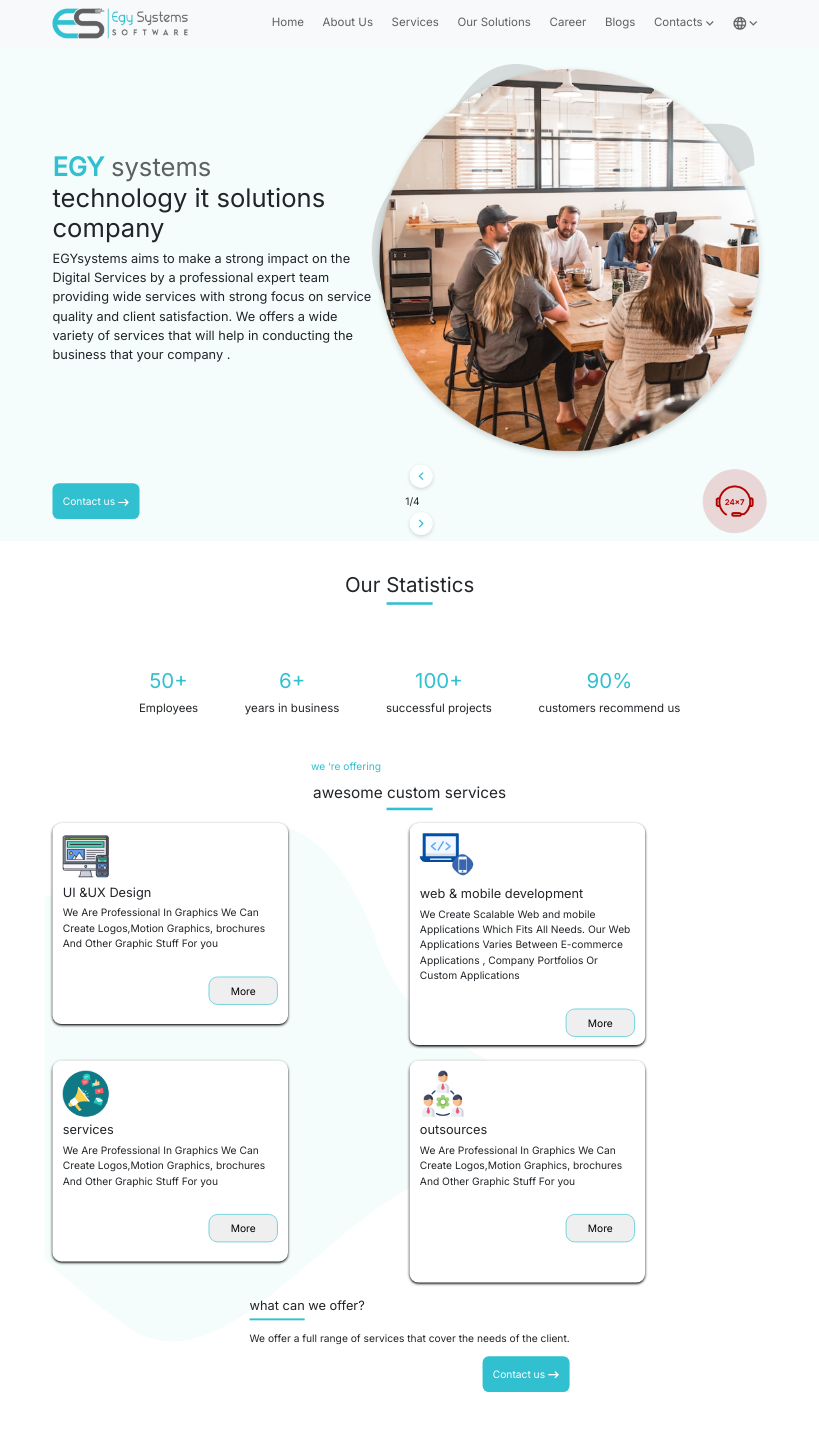
Repository: hamdyAbdelazeim/Egysystem-Home
Page: index.html
An editor plug-in stored every save of this project. The page is shown before and after a run of saves, followed by the edit.
The browser window is 1280 px wide. The pictures show the whole page, at 64% of full size.

Above is the page before, as saved 2023-07-13 13:43:53.

After the next 4 saves:
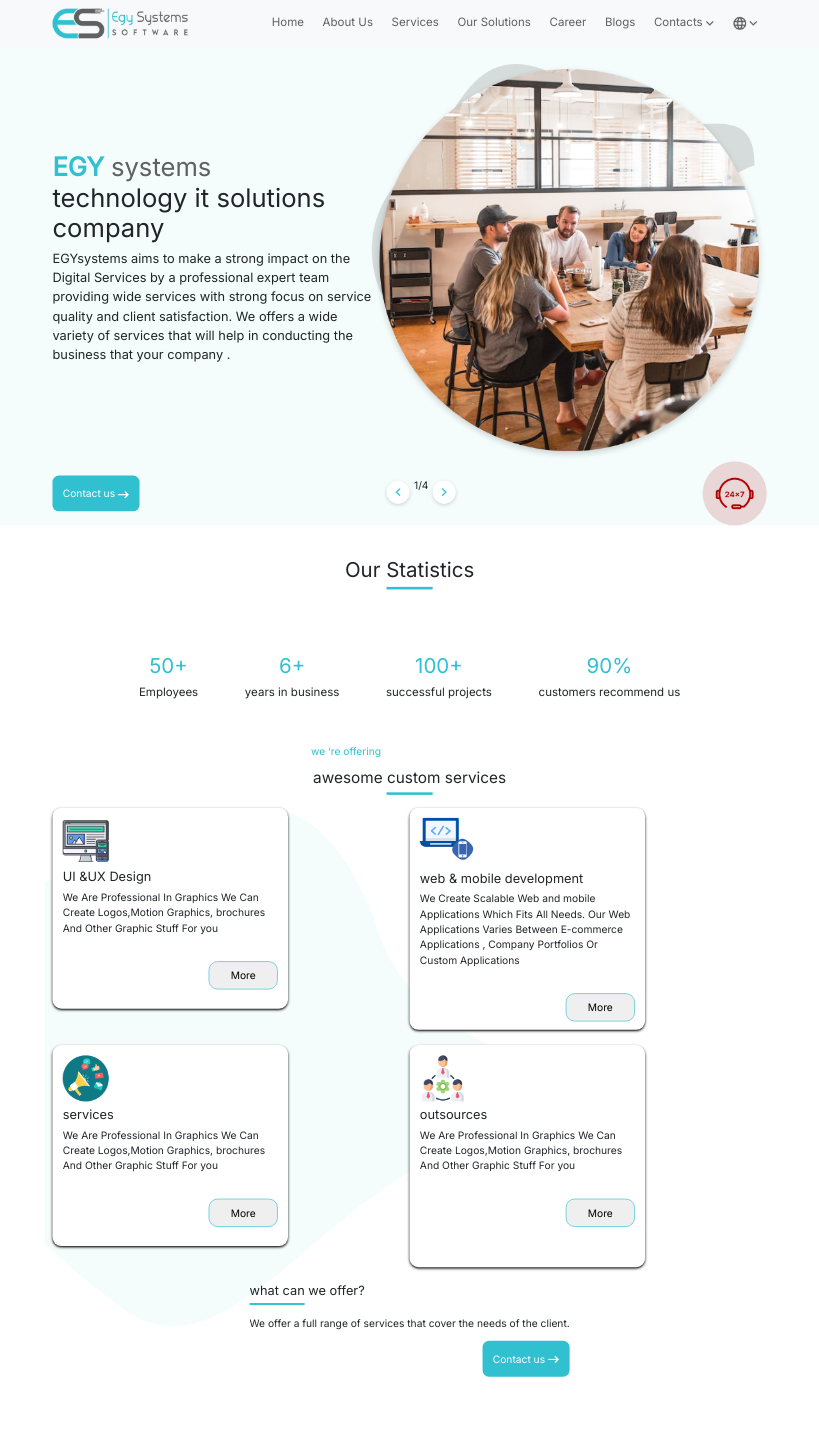
The 4 saves are shown as one change because they came seconds apart.
The last was saved 14 s later.
--- a/index.html
+++ b/index.html
@@ -106,7 +106,7 @@
           Contact us <img src="/assets/Vector (right).png" alt="" />
         </button>
         <div>
-          <div>
+          <div class="d-flex">
             <div>
               <img src="/assets/slider-left.png" alt="" />
             </div>
